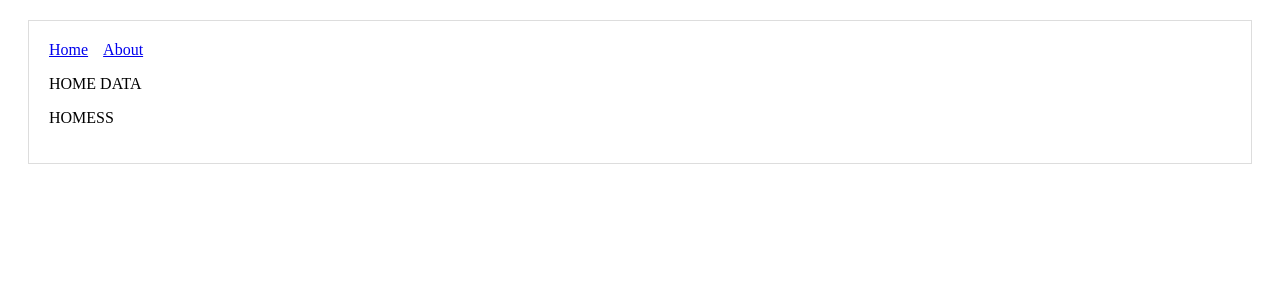
Repository: sivaraj-v/nextJs
Page: /
The author's editor kept a copy of each file at every save. The page is drawn from the files as they stood at one save, then again after a run of saves.
The browser window is 1280 px wide. The pictures show the whole page.
The project was rebuilt for these pictures with package versions that can differ from the ones it lists, and the page was loaded fresh each time. The framework's server and built-in components were replaced by stand-ins that run in the browser.

Above is the page before, as saved 2017-10-11 14:09:25.

### pages/index.js
// This is the Link API
import Header from "../comps/Header";
import Layout from "../comps/MyLayout.js";
import Link from "next/link";
import Head from "next/head";

const content = <p>HOME DATA</p>;
const PostLink = props => (
  <li>
    <Link href={`/post?title=${props.title}`}>
      <a>{props.title}</a>
    </Link>
  </li>
);
const Index = () => (
  <div>
    {/* <Link href="/about">
      <a style={{ fontSize: 14 }}>About Page</a>
    </Link> */}
    <Head>
      <title>My page title</title>
      <meta name="viewport" content="initial-scale=1.0, width=device-width" />
    </Head>
    {/* <Header /> */}
    <Layout content={content}>
      <p>HOMESS</p>
    </Layout>
  </div>
);

export default Index;

### comps/Header.js
import Link from "next/link";

const linkStyle = {
  marginRight: 15
};

const Header = () => (
  <div>
    <Link href="/">
      <a style={linkStyle}>Home</a>
    </Link>
    <Link href="/about">
      <a style={linkStyle}>About</a>
    </Link>
    {/* <Link href={{ pathname: "/about", query: { name: "Zeit" } }}>
      <a style={{ fontSize: 14 }}>About</a>
    </Link> */}
  </div>
);

export default Header;

### comps/MyLayout.js
import Header from "./Header";

const layoutStyle = {
  margin: 20,
  padding: 20,
  border: "1px solid #DDD"
};

const Layout = props => (
  <div style={layoutStyle}>
    <Header />
    {/* {console.log(props)} */}
    {props.content}
    {props.children}
  </div>
);

export default Layout;

After the next 2 saves:
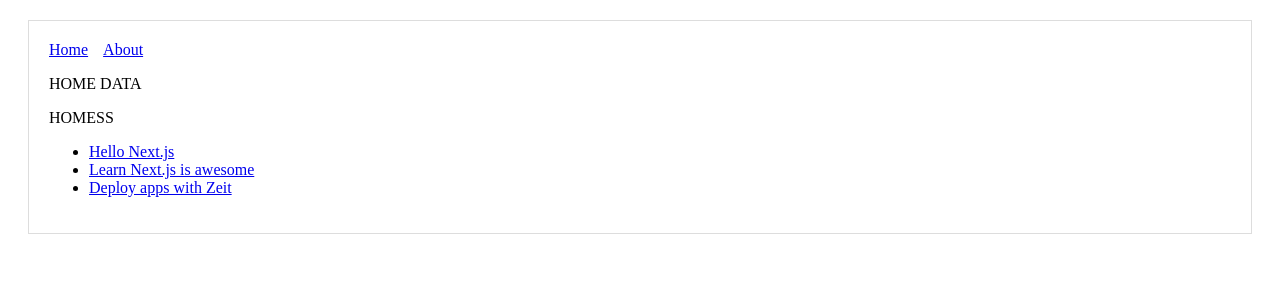
The 2 saves are shown as one change because they came seconds apart.
The last was saved 26 s later.
--- a/pages/index.js
+++ b/pages/index.js
@@ -24,6 +24,11 @@ const Index = () => (
     {/* <Header /> */}
     <Layout content={content}>
       <p>HOMESS</p>
+      <ul>
+        <PostLink title="Hello Next.js" />
+        <PostLink title="Learn Next.js is awesome" />
+        <PostLink title="Deploy apps with Zeit" />
+      </ul>
     </Layout>
   </div>
 );
